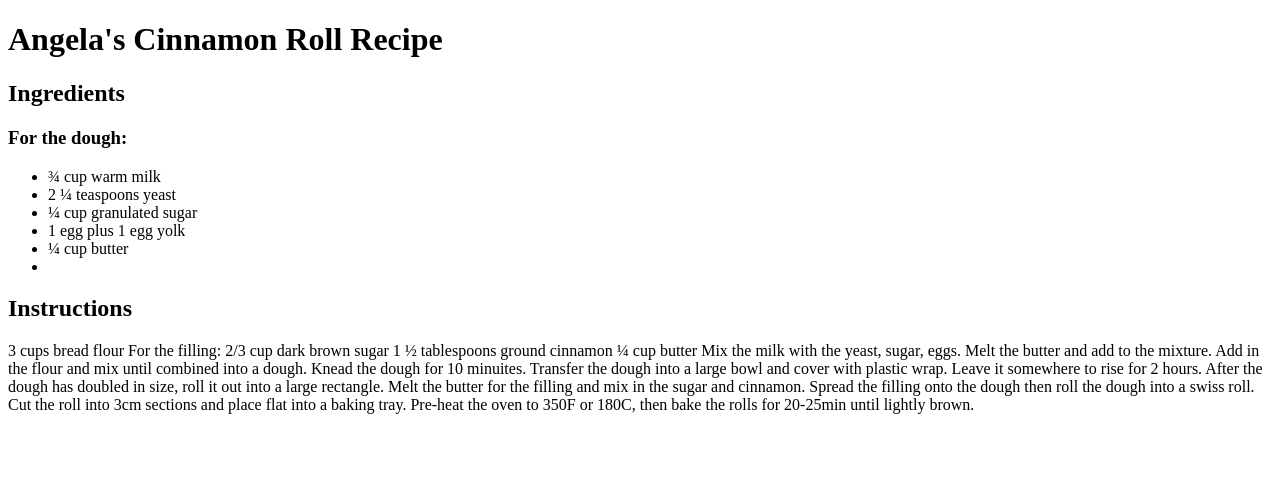
Repository: arzeee/Web_Course
Page: 3.0+List+Elements/3.0 List Elements/index.html
These files come from the project's save history. The page is drawn as it stood at one moment and after a run of saves; the edit follows.
The browser window is 1280 px wide. The pictures show the whole page.

Above is the page before, as saved 2024-12-01 17:52:07.

### 3.0+List+Elements/3.0 List Elements/index.html
<!DOCTYPE html>
<html lang="en">
<head>
    <meta charset="UTF-8">
    <meta name="viewport" content="width=device-width, initial-scale=1.0">
    <title>Document</title>
</head>
<body>
    <h1>Angela's Cinnamon Roll Recipe</h1>

    <h2>Ingredients</h2>

    <h3>For the dough:</h3>
    <ul>
        <li>¾ cup warm milk</li>
        <li>2 ¼ teaspoons yeast </li>
        <li>¼ cup granulated sugar</li>
        <li>1 egg plus 1 egg yolk</li>
        <li>¼ cup butter</li>
        <li></li>
    </ul>

    <h2>Instructions</h2>
</body>
</html>





3 cups bread flour

For the filling:
2/3 cup dark brown sugar
1 ½ tablespoons ground cinnamon
¼ cup butter



Mix the milk with the yeast, sugar, eggs.
Melt the butter and add to the mixture.
Add in the flour and mix until combined into a dough.
Knead the dough for 10 minuites.
Transfer the dough into a large bowl and cover with plastic wrap. Leave it somewhere to rise for 2 hours.
After the dough has doubled in size, roll it out into a large rectangle.
Melt the butter for the filling and mix in the sugar and cinnamon.
Spread the filling onto the dough then roll the dough into a swiss roll.
Cut the roll into 3cm sections and place flat into a baking tray.
Pre-heat the oven to 350F or 180C, then bake the rolls for 20-25min until lightly brown.

After the next 9 saves:
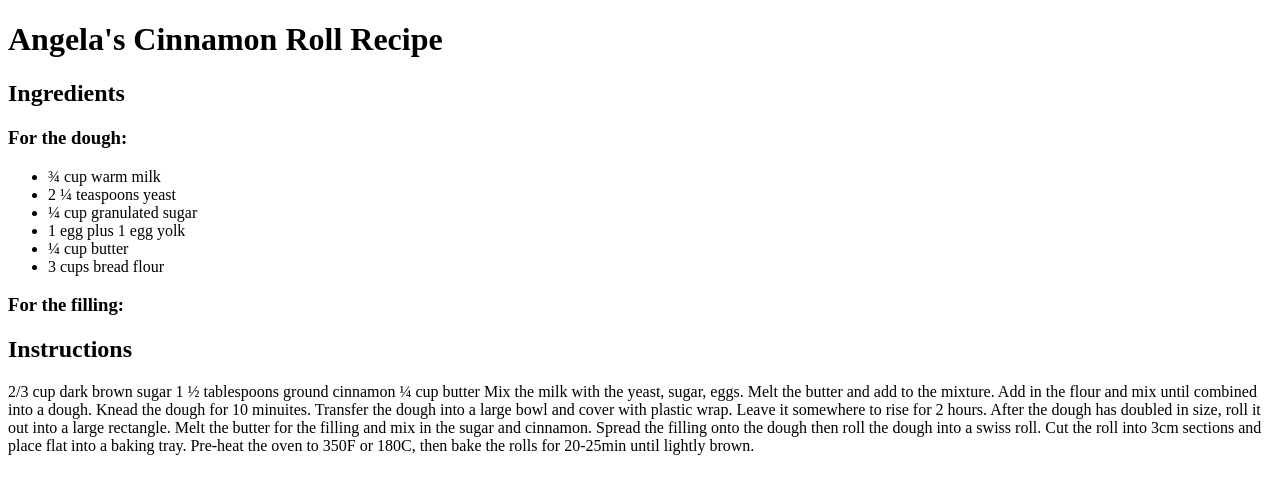
The 9 saves are shown as one change because they came seconds apart.
The last was saved 25 s later.
--- a/3.0+List+Elements/3.0 List Elements/index.html
+++ b/3.0+List+Elements/3.0 List Elements/index.html
@@ -17,8 +17,11 @@
         <li>¼ cup granulated sugar</li>
         <li>1 egg plus 1 egg yolk</li>
         <li>¼ cup butter</li>
-        <li></li>
+        <li>3 cups bread flour</li>
     </ul>
+
+    <h3>For the filling:</h3>
+
 
     <h2>Instructions</h2>
 </body>
@@ -28,9 +31,9 @@
 
 
 
-3 cups bread flour
 
-For the filling:
+
+
 2/3 cup dark brown sugar
 1 ½ tablespoons ground cinnamon
 ¼ cup butter
